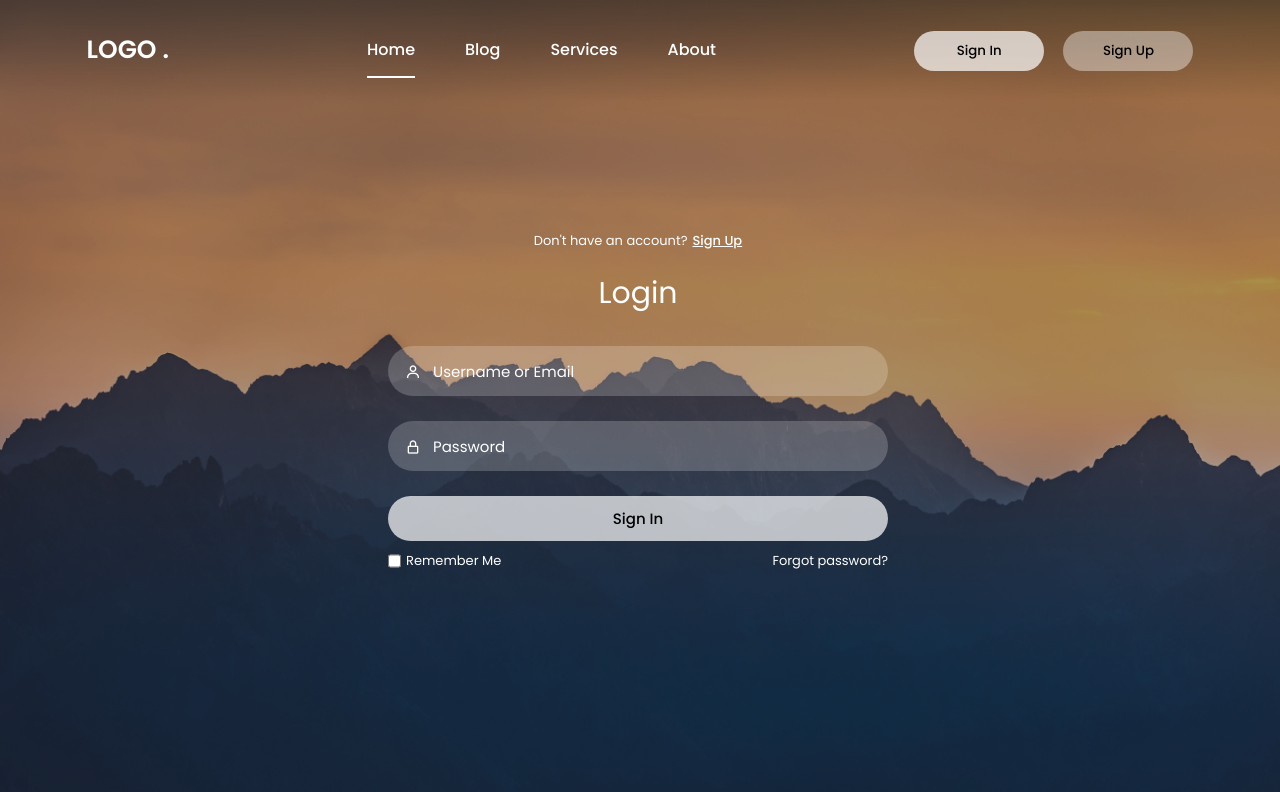
Repository: Abhikumar9061/Round2
Page: index.html
These files come from the project's save history. The page is drawn as it stood at one moment and after the next save; the edit follows.
The browser window is 1280 px wide. The pictures show the whole page.
Backgrounds fixed to the window are drawn as part of the page.

Above is the page before, as saved 2024-01-10 11:45:05.

After the next save:
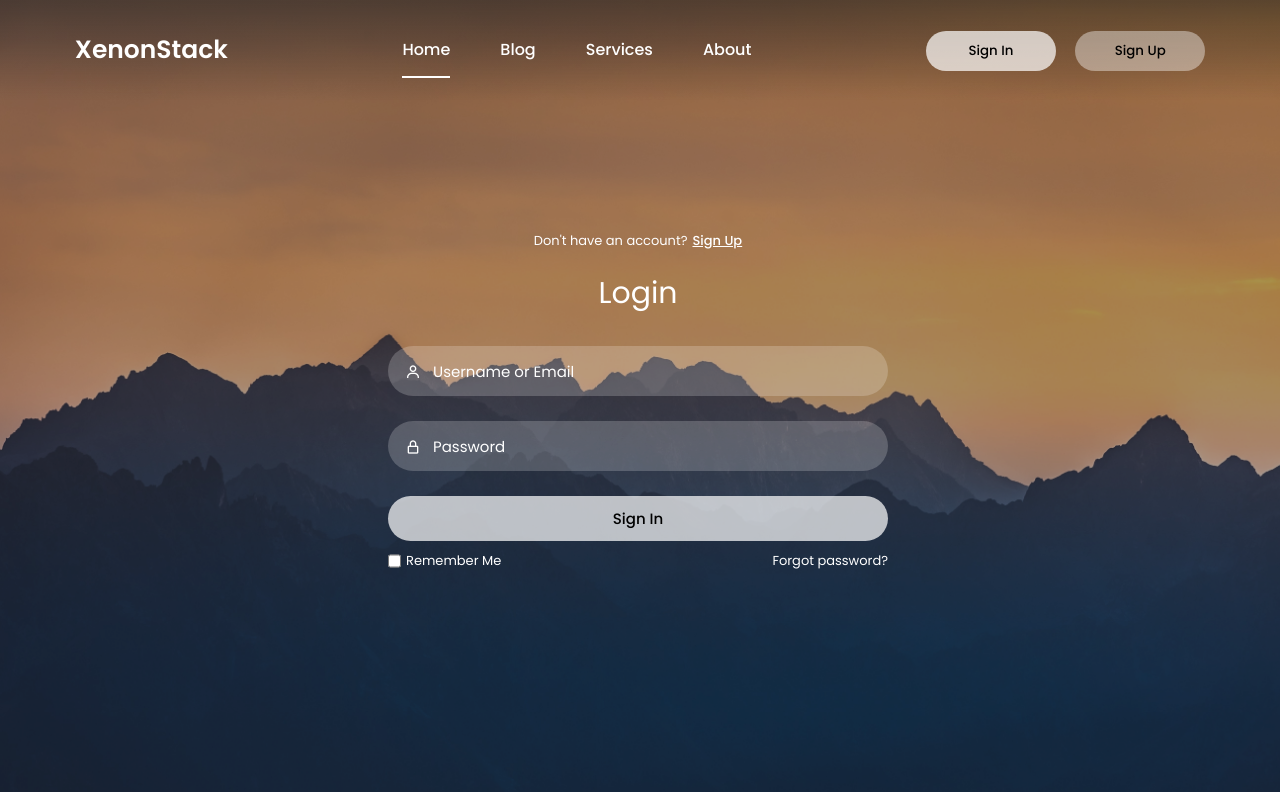
Saved 91 s later.
--- a/index.html
+++ b/index.html
@@ -9,13 +9,13 @@
       rel="stylesheet"
     />
     <link rel="stylesheet" href="style.css" />
-    <title>Ludiflex | Login & Registration</title>
+    <title>Technical Round | Login & Registration</title>
   </head>
   <body>
     <div class="wrapper">
       <nav class="nav">
         <div class="nav-logo">
-          <p>LOGO .</p>
+          <p>XenonStack</p>
         </div>
         <div class="nav-menu" id="navMenu">
           <ul>
